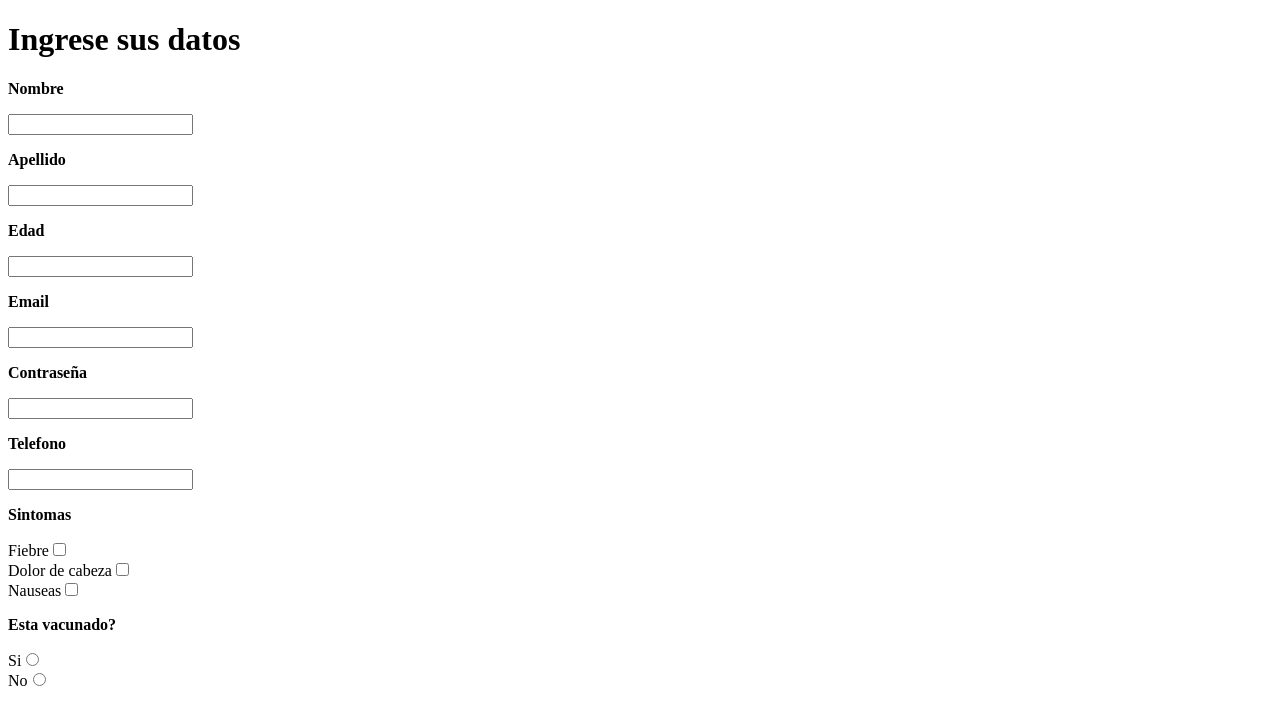
Repository: fran2708/LPPA
Page: Project 2 - Covid registration/index.html
An editor plug-in stored every save of this project. The page is shown before and after the next save, followed by the edit.
The browser window is 1280 px wide. The pictures show the whole page.

Above is the page before, as saved 2022-04-19 20:56:43.

### Project 2 - Covid registration/index.html
<!DOCTYPE html>
<html lang="en">
<head>
    <meta charset="UTF-8">
    <meta http-equiv="X-UA-Compatible" content="IE=edge">
    <meta name="viewport" content="width=device-width, initial-scale=1.0">
    <title>Formulario Covid</title>
</head>
<body>
    <h1>Ingrese sus datos</h1>
    <form>
        <p><strong>Nombre</strong></p>
        <input type="text" name="nombre">
        <p><strong>Apellido</strong></p>
        <input type="text" name="apellido">
        <p><strong>Edad</strong></p>
        <input type="text" name="edad">
        <p><strong>Email</strong></p>
        <input type="text" name="email">
        <p><strong>Contraseña</strong></p>
        <input type="text" name="password">
        <p><strong>Telefono</strong></p>
        <input type="text" name="telefono">
        <p><strong>Sintomas</strong></p>
        <label>Fiebre<input type="checkbox" name="fiebre"></label><br>
        <label>Dolor de cabeza<input type="checkbox" name="dolorCabeza"></label><br>
        <label>Nauseas<input type="checkbox" name="nauseas"></label><br>
        <p><strong>Esta vacunado?</strong></p>
        <label>Si<input type="radio" name="radioSi"></label><br>
        <label>No<input type="radio" name="radioNo"></label><br>
    </form>
</body>
</html>

After the next save:
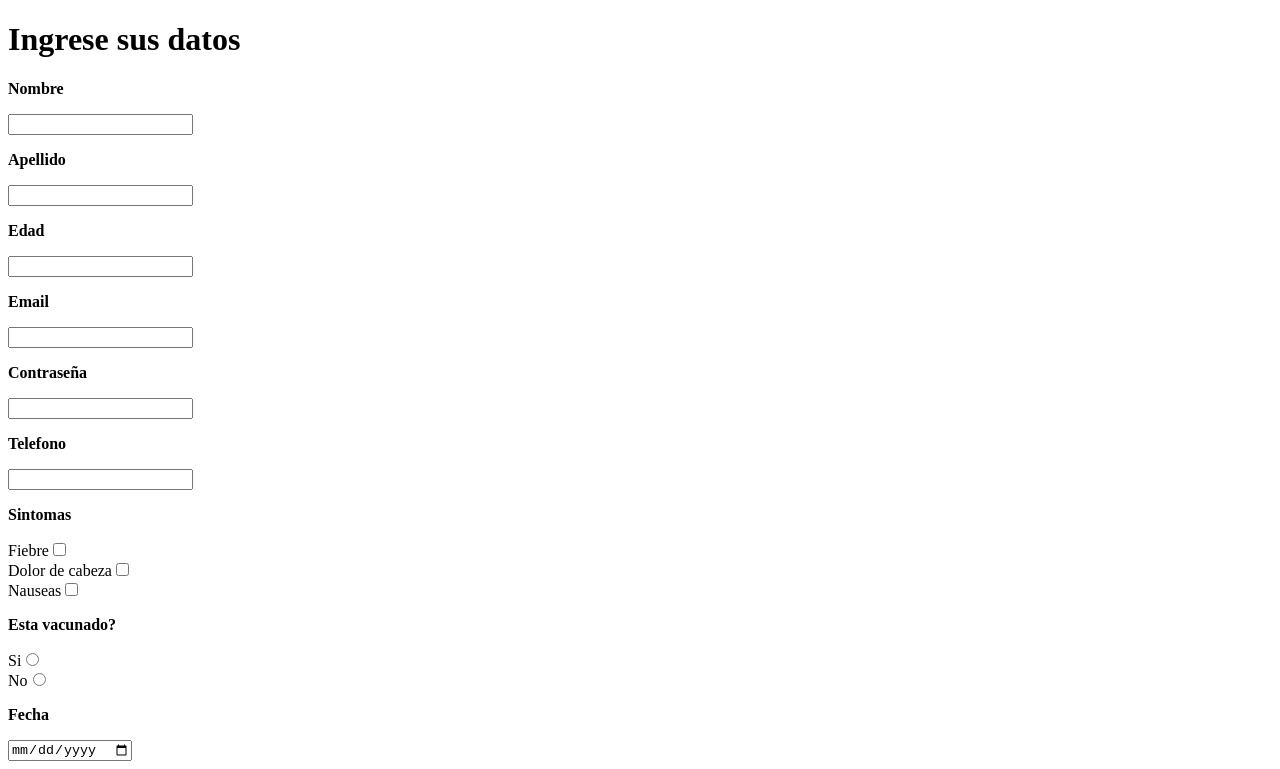
Saved 2 min 50 s later.
--- a/Project 2 - Covid registration/index.html
+++ b/Project 2 - Covid registration/index.html
@@ -28,6 +28,8 @@
         <p><strong>Esta vacunado?</strong></p>
         <label>Si<input type="radio" name="radioSi"></label><br>
         <label>No<input type="radio" name="radioNo"></label><br>
+        <p><strong>Fecha</strong></p>
+        <input type="date" name="fecha">
     </form>
 </body>
 </html>
